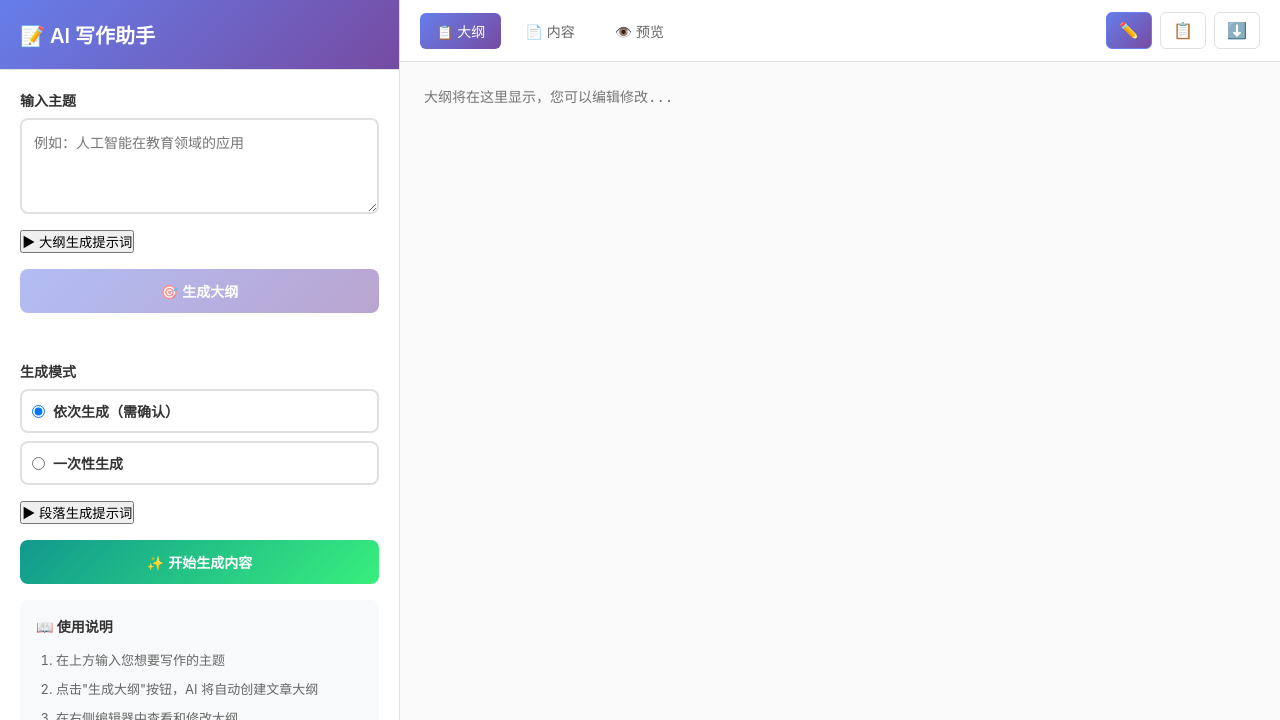
Repository: thunderderder/long_context
Page: / (app in frontend/)
An editor plug-in stored every save of this project. The page is shown before and after the next save, followed by the edit.
The browser window is 1280 px wide. The pictures show the whole page.
The project was rebuilt for these pictures with package versions that can differ from the ones it lists, and the page was loaded fresh each time.

Above is the page before, as saved 2025-10-11 14:53:12.

After the next save:
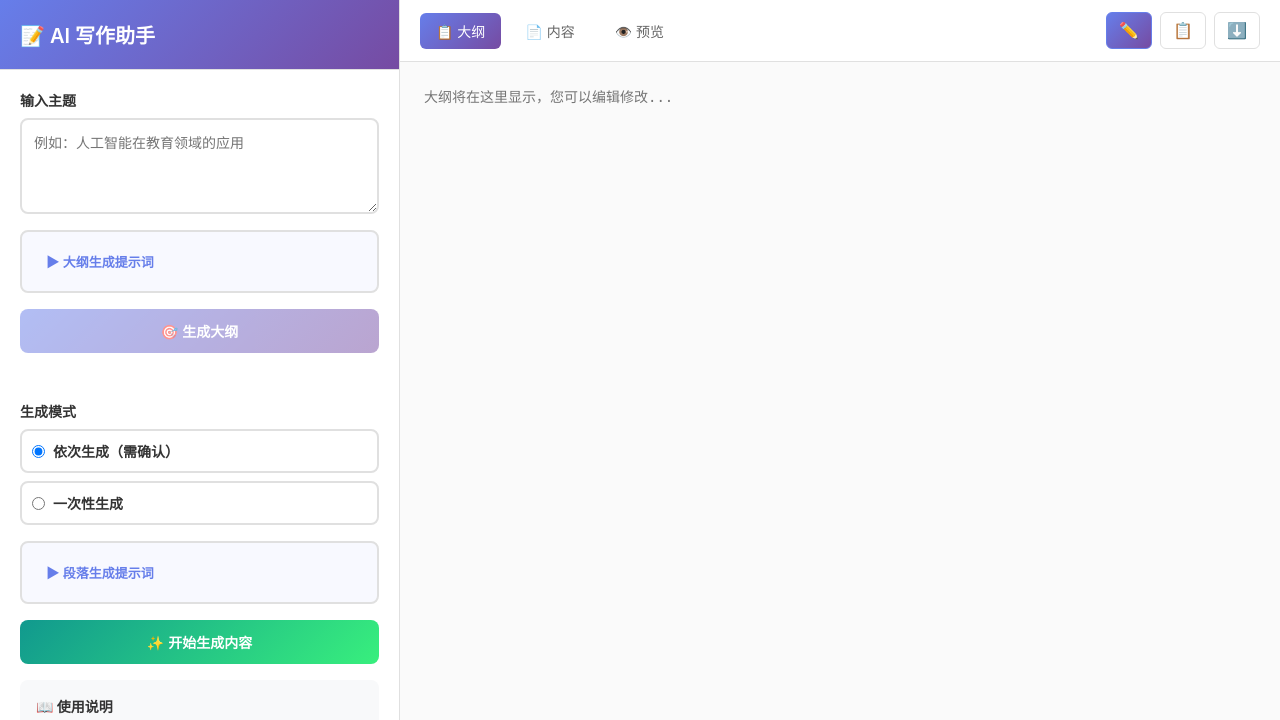
Saved 24 s later.
--- a/frontend/src/components/LeftPanel.css
+++ b/frontend/src/components/LeftPanel.css
@@ -115,6 +115,112 @@
 .btn-continue:hover:not(:disabled) {
   transform: translateY(-2px);
   box-shadow: 0 4px 12px rgba(240, 147, 251, 0.4);
+}
+
+/* 提示词编辑区域 */
+.prompt-section {
+  display: flex;
+  flex-direction: column;
+  gap: 8px;
+  border: 2px solid #e0e0e0;
+  border-radius: 8px;
+  padding: 12px;
+  background: #f8f9ff;
+  transition: all 0.3s ease;
+}
+
+.prompt-section:hover {
+  border-color: #667eea;
+}
+
+.prompt-header {
+  display: flex;
+  align-items: center;
+  justify-content: space-between;
+  gap: 8px;
+}
+
+.btn-toggle-prompt {
+  flex: 1;
+  padding: 8px 12px;
+  border: none;
+  background: transparent;
+  font-size: 13px;
+  font-weight: 600;
+  color: #667eea;
+  text-align: left;
+  cursor: pointer;
+  transition: all 0.2s;
+  border-radius: 4px;
+}
+
+.btn-toggle-prompt:hover {
+  background-color: rgba(102, 126, 234, 0.1);
+}
+
+.btn-reset {
+  padding: 6px 10px;
+  border: none;
+  background: rgba(102, 126, 234, 0.1);
+  border-radius: 4px;
+  font-size: 14px;
+  cursor: pointer;
+  transition: all 0.2s;
+}
+
+.btn-reset:hover {
+  background: rgba(102, 126, 234, 0.2);
+  transform: rotate(180deg);
+}
+
+.prompt-edit {
+  display: flex;
+  flex-direction: column;
+  gap: 8px;
+  animation: slideDown 0.3s ease;
+}
+
+@keyframes slideDown {
+  from {
+    opacity: 0;
+    transform: translateY(-10px);
+  }
+  to {
+    opacity: 1;
+    transform: translateY(0);
+  }
+}
+
+.prompt-textarea {
+  width: 100%;
+  padding: 10px;
+  border: 2px solid #e0e0e0;
+  border-radius: 6px;
+  font-size: 13px;
+  font-family: 'Consolas', 'Monaco', 'Courier New', monospace;
+  resize: vertical;
+  transition: border-color 0.2s;
+  background: white;
+  line-height: 1.5;
+}
+
+.prompt-textarea:focus {
+  outline: none;
+  border-color: #667eea;
+}
+
+.prompt-textarea:disabled {
+  background-color: #f5f5f5;
+  cursor: not-allowed;
+}
+
+.prompt-hint {
+  font-size: 12px;
+  color: #666;
+  padding: 6px 10px;
+  background: rgba(102, 126, 234, 0.05);
+  border-radius: 4px;
+  border-left: 3px solid #667eea;
 }
 
 /* 分隔线 */
